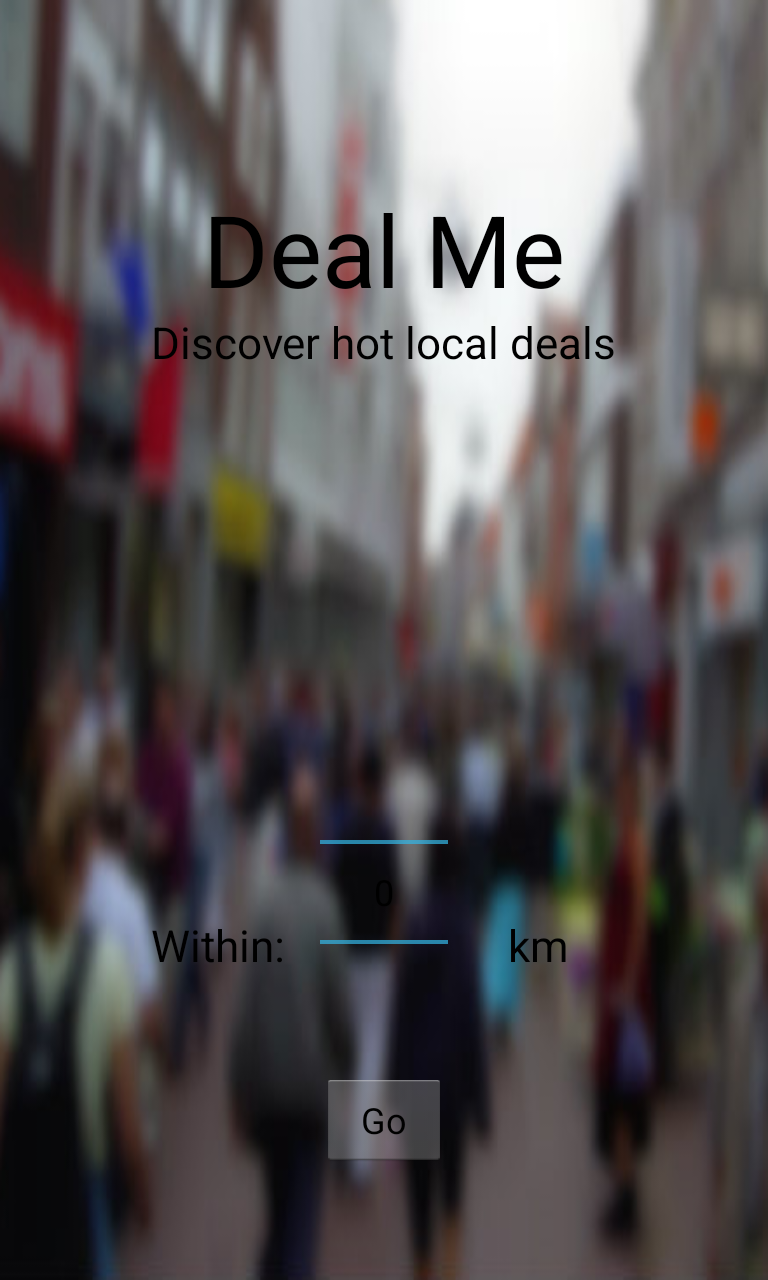
Repository: vmathur/mchacks
Layout: mobile/DealMe/res/layout/activity_main.xml
The author's editor kept a copy of each file at every save. The layout is drawn from the files as they stood at one save, then again after the next save.
It is drawn on a 768 x 1280 px phone screen (xhdpi) without system bars, with theme AppTheme; the app's code is not run.

Above is the layout before, as saved 2014-02-23 05:05:54.

After the next save:
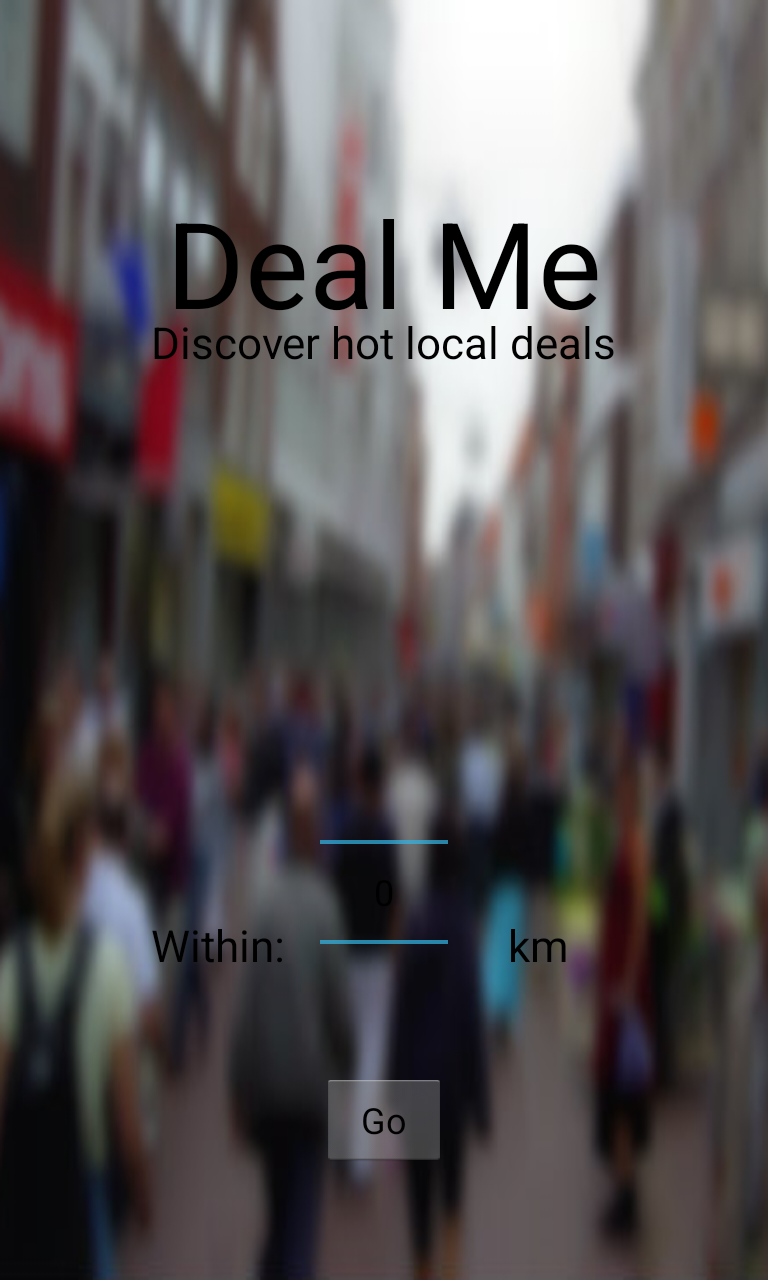
Saved 13 s later.
--- a/mobile/DealMe/res/layout/activity_main.xml
+++ b/mobile/DealMe/res/layout/activity_main.xml
@@ -18,7 +18,7 @@
         android:layout_marginTop="75dp"
         android:text="Deal Me"
         android:textAppearance="?android:attr/textAppearanceLarge"
-        android:textSize="50dp" />
+        android:textSize="60dp" />
 
     <TextView
         android:id="@+id/textView1"
